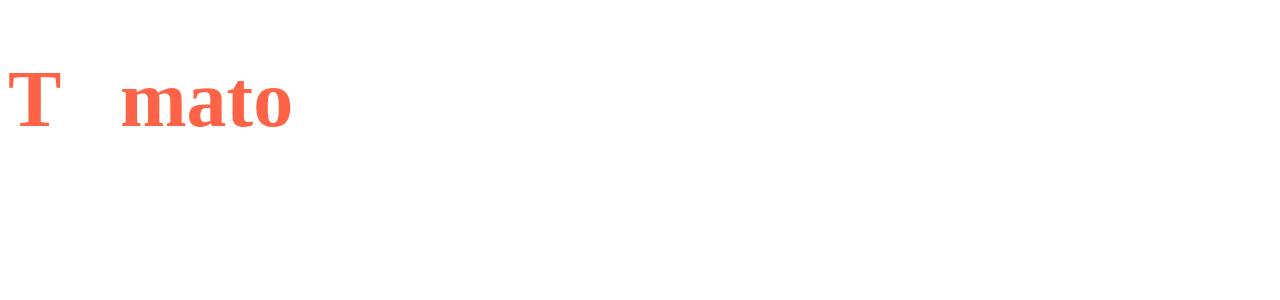
Repository: javadogfoot/semi-project
Page: http://localhost/tomato/test.jsp
The author's editor kept a copy of each file at every save. The page is drawn from the files as they stood at one save, then again after the next save.
The browser window is 1280 px wide. The pictures show the whole page.
The page is served by Tomcat 9.

Above is the page before, as saved 2021-10-18 10:34:23.

After the next save:
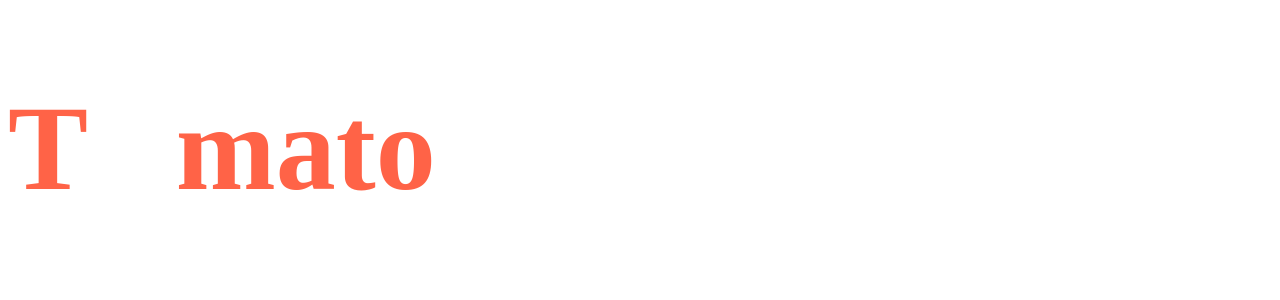
Saved 7 s later.
--- a/semi프로젝트워크스페이스/tomato/src/main/webapp/test.jsp
+++ b/semi프로젝트워크스페이스/tomato/src/main/webapp/test.jsp
@@ -7,6 +7,6 @@
 <title>Insert title here</title>
 </head>
 <body>
-<h1 style="color: tomato; font-size: 80px;">T &nbsp;&nbsp;mato</h1>
+<h1 style="color: tomato; font-size: 120px;">T &nbsp;&nbsp;mato</h1>
 </body>
 </html>
